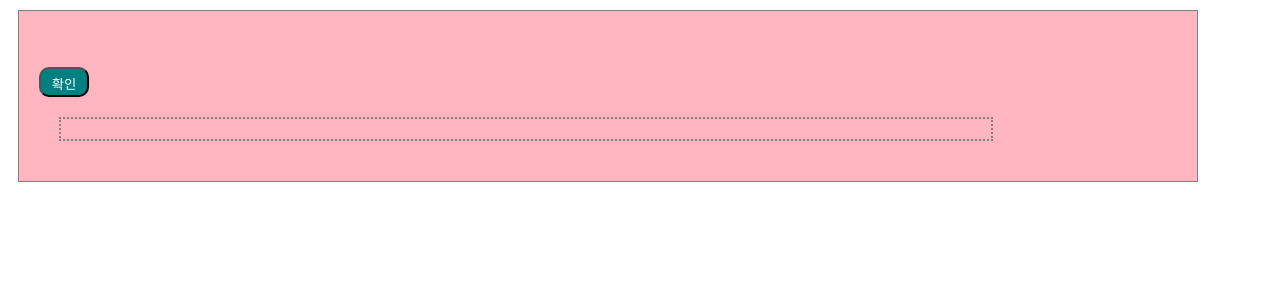
Repository: jeje0130/html
Page: webpro/WebContent/0114/랜덤함수.html
These files come from the project's save history. The page is drawn as it stood at one moment and after the next save; the edit follows.
The browser window is 1280 px wide. The pictures show the whole page.
After loading, the first visible `input` was clicked once.

Above is the page before, as saved 2021-01-14 03:51:25.
Console error: ReferenceError: res is not defined

After the next save:
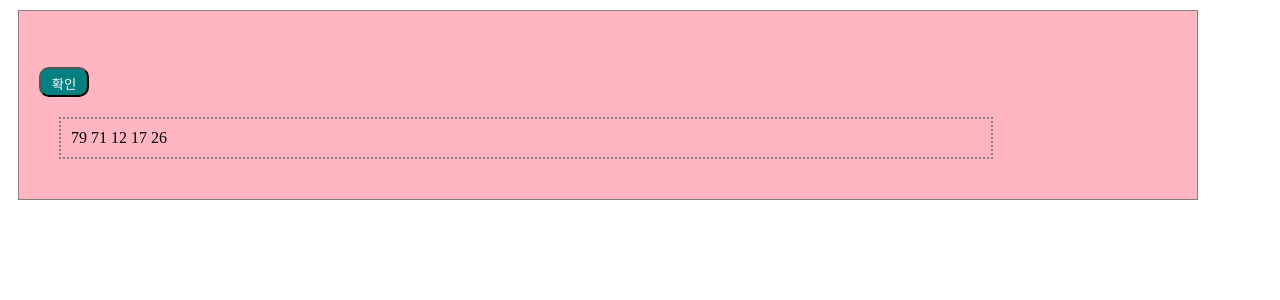
The error is gone.
Saved 39 min 18 s later.
--- a/webpro/WebContent/0114/랜덤함수.html
+++ b/webpro/WebContent/0114/랜덤함수.html
@@ -3,35 +3,36 @@
 <head>
 <meta charset="UTF-8">
 <title>Insert title here</title>
-<link rel = "stylesheet" href = "../css/public.css">
-<script>
+<link rel="stylesheet" href="../css/public.css">
 
-	function proc1() {
-
-		str="";
-
-		for (i = 0;  i<5; i++) {
-		 	/* str += parseInt(Math.random() * 100 + 1) + " "; */
-			str += Math.floor(Math.random() * 100 + 1)+ " ";
-		}
-
-		result=document.querySelector("#result1");
-		result.innerHTML = res;
-	}
-
-</script>
 <style>
 </style>
+
+<script>
+   function proc1(){
+
+      str = " ";
+
+      for(i=0; i<5; i++){
+      //a = parseInt(Math.random() * 100 + 1);
+      str += Math.floor(Math.random() * 100 + i) + " ";
+   }
+
+      result= document.querySelector("#result1");
+      result.innerHTML = str;
+
+}
+</script>
+
 </head>
 <body>
-
 <div class="box">
 
- <br><br>
+   <br><br>
 
-<input type="button" value="확인" onclick="proc1()">
+  <input type="button" value="확인" onclick="proc1()">
 
-<div id="result1"></div>
-</div>
+  <div id = "result1"></div>
+  </div>
 </body>
 </html>
